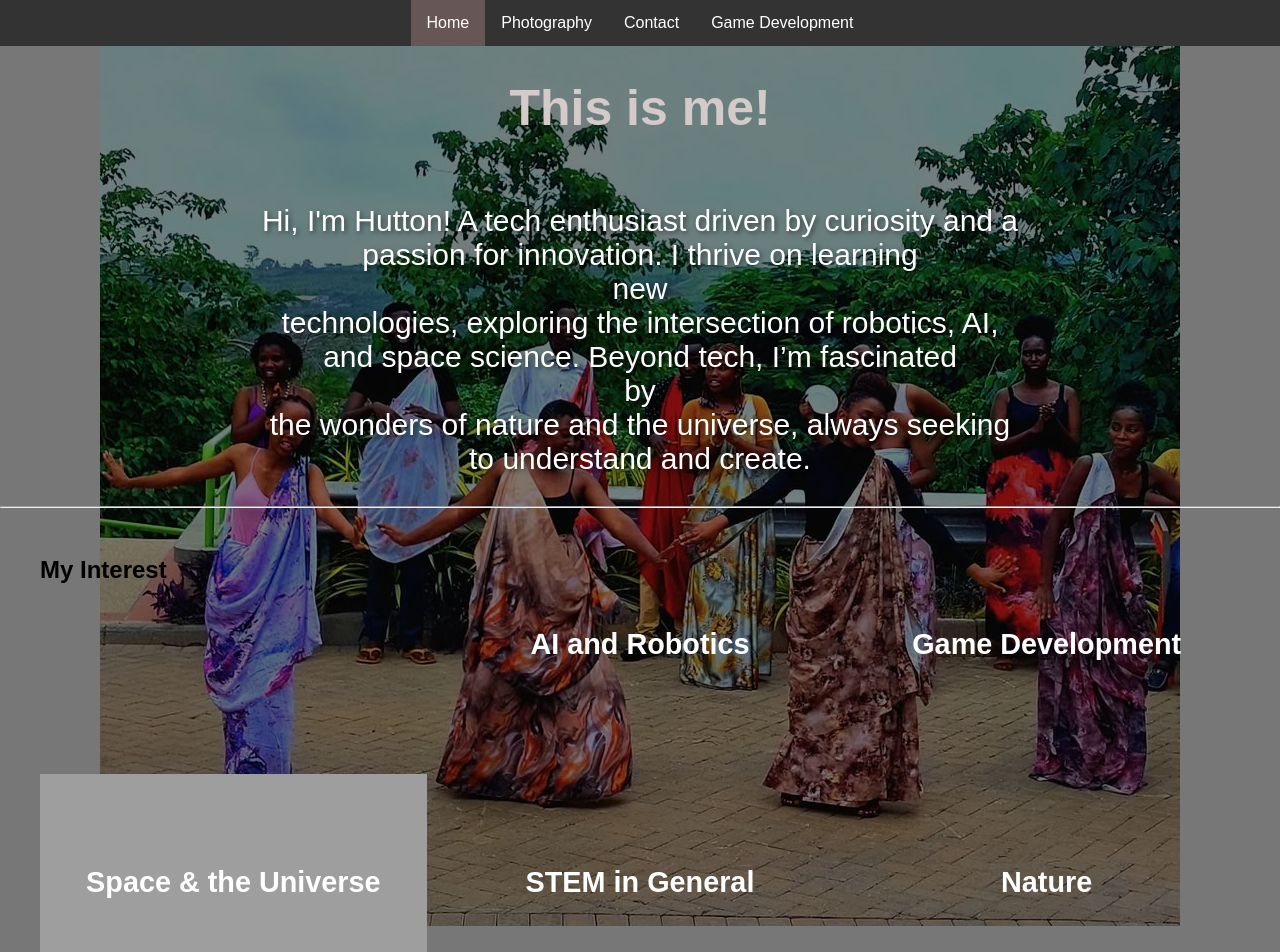
Repository: Argivist/ArgPortfolio
Page: index.html
An editor plug-in stored every save of this project. The page is shown before and after the next save, followed by the edit.
The browser window is 1280 px wide. The pictures show the part of the page from y = 0 to 952 px (the page is 1248 px tall).
Pictures or frames that could not be fetched are drawn as grey boxes.

Above is the page before, as saved 2025-03-28 20:13:05.

After the next save:
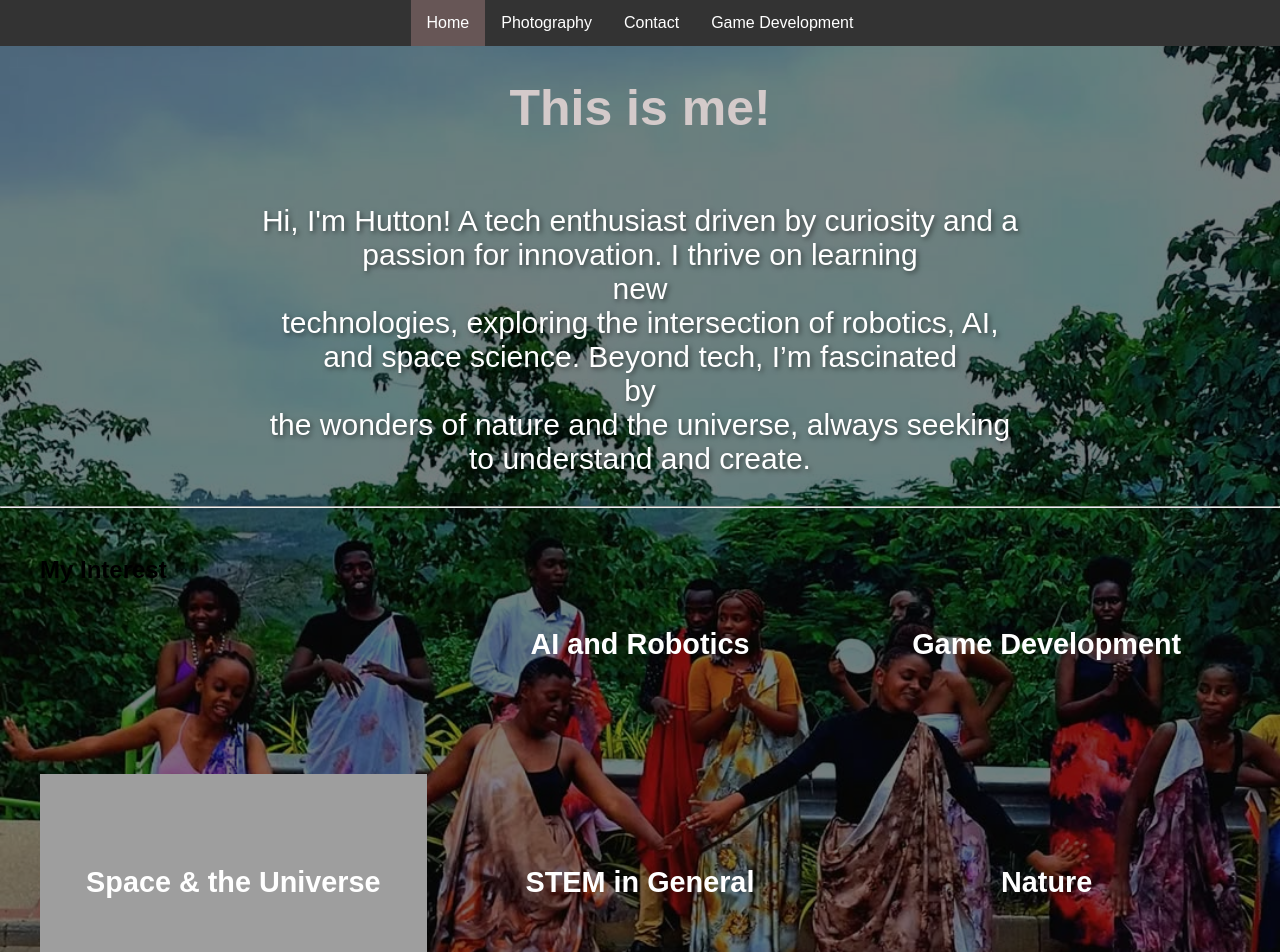
Saved 16 s later.
--- a/css/home.css
+++ b/css/home.css
@@ -37,9 +37,9 @@ h1 {
 
 body {
     background-image:url('../img/home.jpeg');
-    background-size:fixed;    /* Ensures the image covers the whole screen */
+    background-size:cover;    /* Ensures the image covers the whole screen */
     background-repeat: no-repeat;  /* Prevents tiling */
-    background-position: center 15%;
+    background-position:fixed center 15%;
 
     /*  */
     /* background-position: center;   Centers the image */
